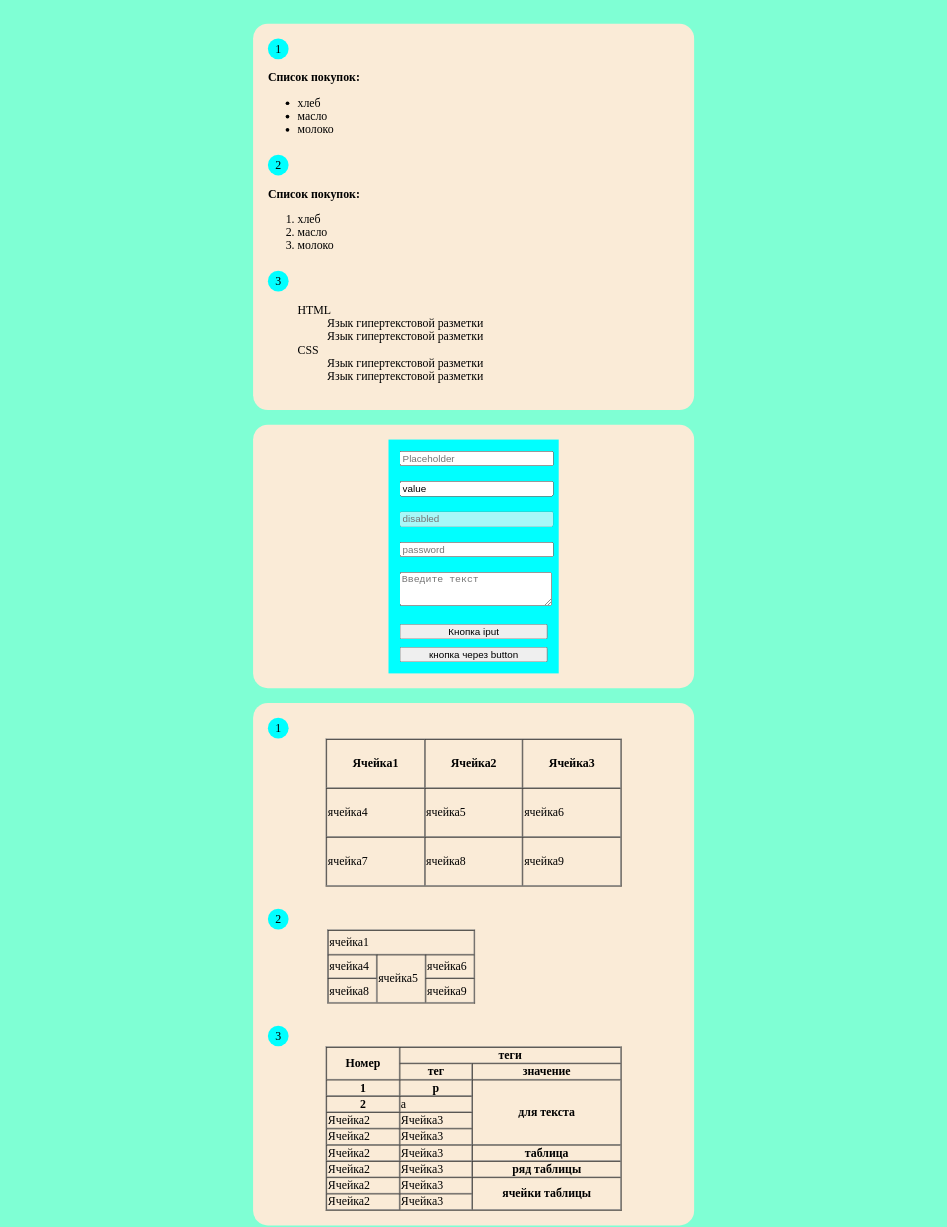
Repository: Savich01/-
Page: html/index.html
These files come from the project's save history. The page is drawn as it stood at one moment and after the next save; the edit follows.
The browser window is 1280 px wide. The pictures show the whole page, at 74% of full size.

Above is the page before, as saved 2024-05-31 17:34:09.

### html/index.html
<!DOCTYPE html>
<html lang="en">
<head>
    <meta charset="UTF-8">
    <meta name="viewport" content="width=device-width, initial-scale=1.0">
    <title>Document</title>
    <link rel="stylesheet" href="/css/style.css">
</head>
<body>

    <header class="header">

    </header>
    <main class="main">
        <div class="container">
            <section class="section-1">
                <div class="block">1</div>
                <p class="text">
                    <b>Список покупок:</b>
                </p>
                <ul class="list">
                    <li>хлеб</li>
                    <li>масло</li>
                    <li>молоко</li>
                </ul>

                <div class="block">2</div>
                <p class="text">
                    <b>Список покупок:</b>
                </p>
                <ol class="list">
                    <li>хлеб</li>
                    <li>масло</li>
                    <li>молоко</li>
                </ol>

                <div class="block">3</div>
                <ul class="main-list--item">
                    <li>HTML
                        <ul>
                            <li class="main-link">Язык гипертекстовой разметки</li>
                            <li class="main-link">Язык гипертекстовой разметки</li>
                        </ul>
                    </li>
                    <li>CSS
                        <ul>
                            <li class="main-link">Язык гипертекстовой разметки</li>
                            <li class="main-link">Язык гипертекстовой разметки</li>
                        </ul>
                    </li>
                </ul>
            </section>

            <section class="section-2">
                <form action="#" class="form">
                    <input class="input" type="text" placeholder="Placeholder">
                    <input class="input" type="text" value="value">
                    <input class="input" type="text" disabled="disabled" placeholder="disabled">
                    <input class="input" type="password" placeholder="password">
                    <textarea class="textarea" placeholder="Введите текст"></textarea>
                    <input class="input-btn" type="button" value="Кнопка iput">
                    <button class="button">кнопка через button</button>
                </form>
            </section>

            <section class="section-3">
                <div class="block">1</div>
                <table class="table" width=400 height=200 border=1 cellpedding=0 cellspacing=0>
                    <tr>
                        <th>Ячейка1</th>
                        <th>Ячейка2</th>
                        <th>Ячейка3</th>
                    </tr>

                    <tr>
                        <td>ячейка4</td>
                        <td>ячейка5</td>
                        <td>ячейка6</td>
                    </tr>
                    <tr>
                        <td>ячейка7</td>
                        <td>ячейка8</td>
                        <td>ячейка9</td>
                    </tr>
                </table>

                <div class="block">2</div>
                <table class="table2" width=200 height=100  border="1" cellpedding=0 cellspacing=0>
                    <tr>
                        <td colspan="3">ячейка1</td>
                        <!-- <td>ячейка2</td> -->
                        <!-- <td>ячейка3</td> -->
                    </tr>
                    <tr>
                        <td>ячейка4</td>
                        <td rowspan="2">ячейка5</td>
                        <td>ячейка6</td>
                    </tr>
                    <tr>
                        <!-- <td>ячейка7</td> -->
                        <td>ячейка8</td>
                        <td>ячейка9</td>
                    </tr>
                </table>

                <div class="block">3</div>
                <table class="table3" width=400 height=50  border="1" cellpedding=0 cellspacing=0>
                    <tr>
                        <th rowspan="2">Номер</th>
                        <th colspan="5">теги</th>
                        <!-- <th>Ячейка3</th> -->
                        <!-- <th>Ячейка4</th> -->
                        <!-- <th>Ячейка5</th> -->
                        <!-- <th>Ячейка6</th> -->
                    </tr>
                    <tr>
                        <!-- <td>Ячейка7</td> -->
                        <th>тег</th>
                        <th colspan="4">значение</th>
                        <!-- <td>Ячейка10</td> -->
                        <!-- <td>Ячейка11</td> -->
                        <!-- <td>Ячейка12</td> -->
                    </tr>
                    <tr>
                        <th>1</th>
                        <th>p</th>
                        <th rowspan="4" colspan="4">для текста</th>
                        <!-- <td>Ячейка16</td> -->
                        <!-- <td>Ячейка17</td> -->
                        <!-- <td>Ячейка18</td> -->
                    </tr>
                    <tr>
                        <th>2</th>
                        <td>a</td>
                        <!-- <td>Ячейка4</td> -->
                        <!-- <td>Ячейка5</td> -->
                        <!-- <td>Ячейка6</td> -->
                        <!-- <td>Ячейка7</td> -->
                    </tr>
                    <tr>
                        <td>Ячейка2</td>
                        <td>Ячейка3</td>
                        <!-- <td>Ячейка4</td> -->
                        <!-- <td>Ячейка5</td> -->
                        <!-- <td>Ячейка6</td> -->
                        <!-- <td>Ячейка7</td> -->
                    </tr>
                    <tr>
                        <td>Ячейка2</td>
                        <td>Ячейка3</td>
                        <!-- <td>Ячейка4</td> -->
                        <!-- <td>Ячейка5</td> -->
                        <!-- <td>Ячейка6</td> -->
                        <!-- <td>Ячейка7</td> -->
                    </tr>
                    <tr>
                        <td>Ячейка2</td>
                        <td>Ячейка3</td>
                        <th colspan="4">таблица</th>
                        <!-- <td>Ячейка5</td> -->
                        <!-- <td>Ячейка6</td> -->
                        <!-- <td>Ячейка7</td> -->
                    </tr>
                    <tr>
                        <td>Ячейка2</td>
                        <td>Ячейка3</td>
                        <th colspan="4">ряд таблицы</th>
                        <!-- <td>Ячейка5</td> -->
                        <!-- <td>Ячейка6</td> -->
                        <!-- <td>Ячейка7</td> -->
                    </tr>
                    <tr>
                        <td>Ячейка2</td>
                        <td>Ячейка3</td>
                        <th rowspan="2" colspan="4">ячейки таблицы</th>
                        <!-- <td>Ячейка5</td> -->
                        <!-- <td>Ячейка6</td> -->
                        <!-- <td>Ячейка7</td> -->
                    </tr>
                    <tr>
                        <td>Ячейка2</td>
                        <td>Ячейка3</td>
                        <!-- <td>Ячейка4</td> -->
                        <!-- <td>Ячейка5</td> -->
                        <!-- <td>Ячейка6</td> -->
                        <!-- <td>Ячейка7</td> -->
                    </tr>

                </table>
            </section>
        </div>
    </main>
    <footer class="footer">

    </footer>

</body>
</html>

### css/style.css
body{
    max-width: 600px;
    height: 100%;
    margin: 0 auto;
    background-color: aquamarine;
    padding: 0px 10px;
}

.container{
    padding: 2px;
    margin-top: 30px;
}
/* ==========SECTION-1========================== */
.section-1{
    padding: 20px;
    background-color: antiquewhite;
    border-radius: 20px;
    margin-bottom: 20px;
}

.block{
    background-color:aqua;
    display: inline-block;
    padding: 5px 10px;
    border-radius: 100%;
}

.list{
    margin-bottom: 25px;
}
.main-list--item{
    list-style: none;
    /* text-decoration: none; */
}

.main-link{
    list-style: none;
}

/* ==========SECTION-2========================== */

.section-2{
    background-color: antiquewhite;
    border-radius: 20px;
    padding: 20px;
    margin-bottom: 20px;
}

.form{
    margin: 0 auto;
    max-width: 200px;
    padding: 15px;
    background-color: aqua;
}
.input{
    margin: 0 auto;
    width: 100%;
    margin-bottom: 20px;
}
.textarea{
    width: 100%;
    height: 40px;
    margin-bottom: 20px;
}

.input-btn{
    display: block;
    width: 100%;
    margin-bottom: 10px;
    cursor: pointer;
}
.button{
    display: block;
    width: 100%;
    cursor: pointer;
}

/* ==========SECTION-3========================== */

.section-3{
    background-color: antiquewhite;
    border-radius: 20px;
    padding: 20px;
}

.table{
    margin: 0 auto;
    margin-bottom: 30px;
}
.table2{
    margin-left: 80px;
    margin-bottom: 30px;
}
.table3{
    margin: 0 auto;
}

After the next save:
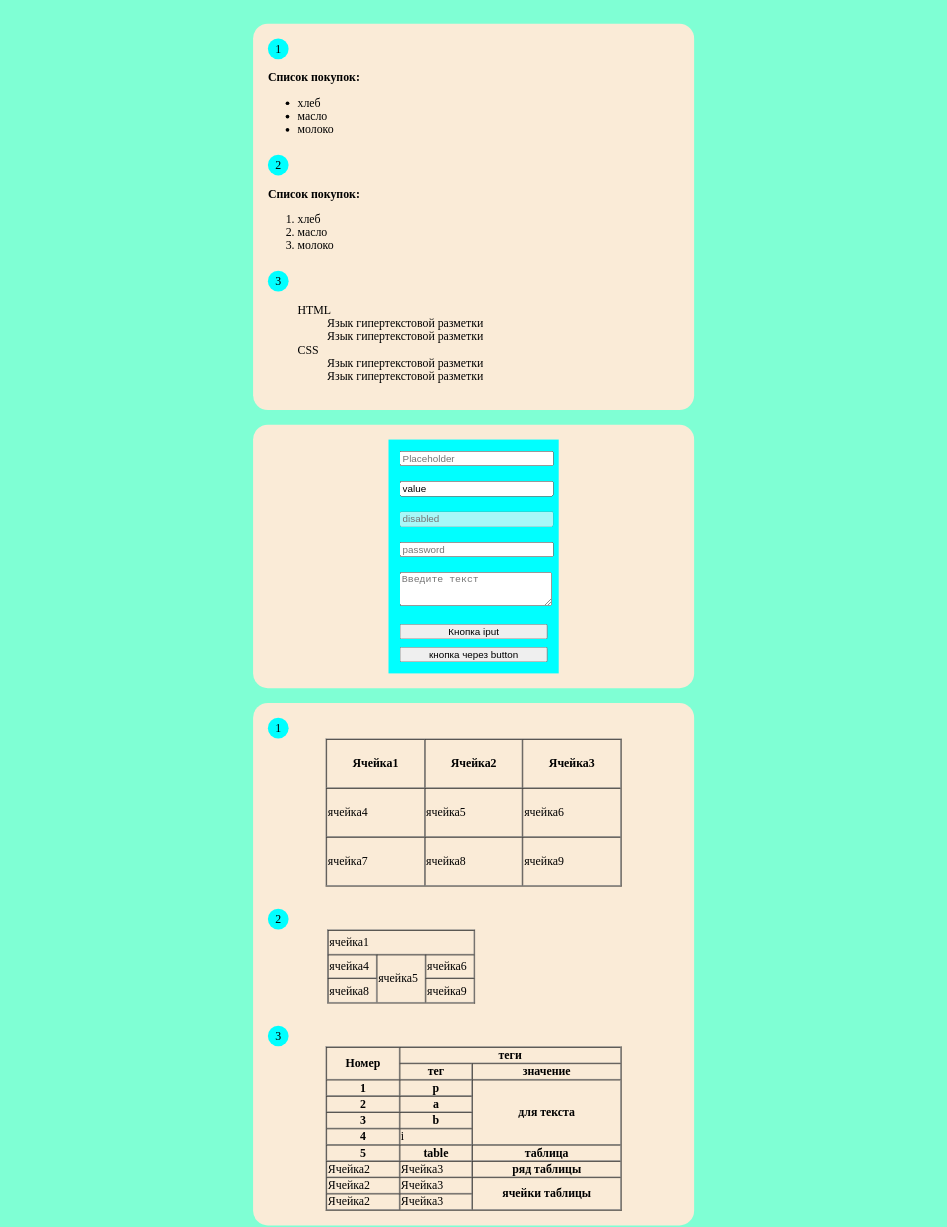
Saved 73 s later.
--- a/html/index.html
+++ b/html/index.html
@@ -131,31 +131,31 @@
                     </tr>
                     <tr>
                         <th>2</th>
-                        <td>a</td>
+                        <th>a</th>
                         <!-- <td>Ячейка4</td> -->
                         <!-- <td>Ячейка5</td> -->
                         <!-- <td>Ячейка6</td> -->
                         <!-- <td>Ячейка7</td> -->
                     </tr>
                     <tr>
-                        <td>Ячейка2</td>
-                        <td>Ячейка3</td>
+                        <th>3</th>
+                        <th>b</th>
                         <!-- <td>Ячейка4</td> -->
                         <!-- <td>Ячейка5</td> -->
                         <!-- <td>Ячейка6</td> -->
                         <!-- <td>Ячейка7</td> -->
                     </tr>
                     <tr>
-                        <td>Ячейка2</td>
-                        <td>Ячейка3</td>
+                        <th>4</th>
+                        <td>i</td>
                         <!-- <td>Ячейка4</td> -->
                         <!-- <td>Ячейка5</td> -->
                         <!-- <td>Ячейка6</td> -->
                         <!-- <td>Ячейка7</td> -->
                     </tr>
                     <tr>
-                        <td>Ячейка2</td>
-                        <td>Ячейка3</td>
+                        <th>5</th>
+                        <th>table</th>
                         <th colspan="4">таблица</th>
                         <!-- <td>Ячейка5</td> -->
                         <!-- <td>Ячейка6</td> -->
